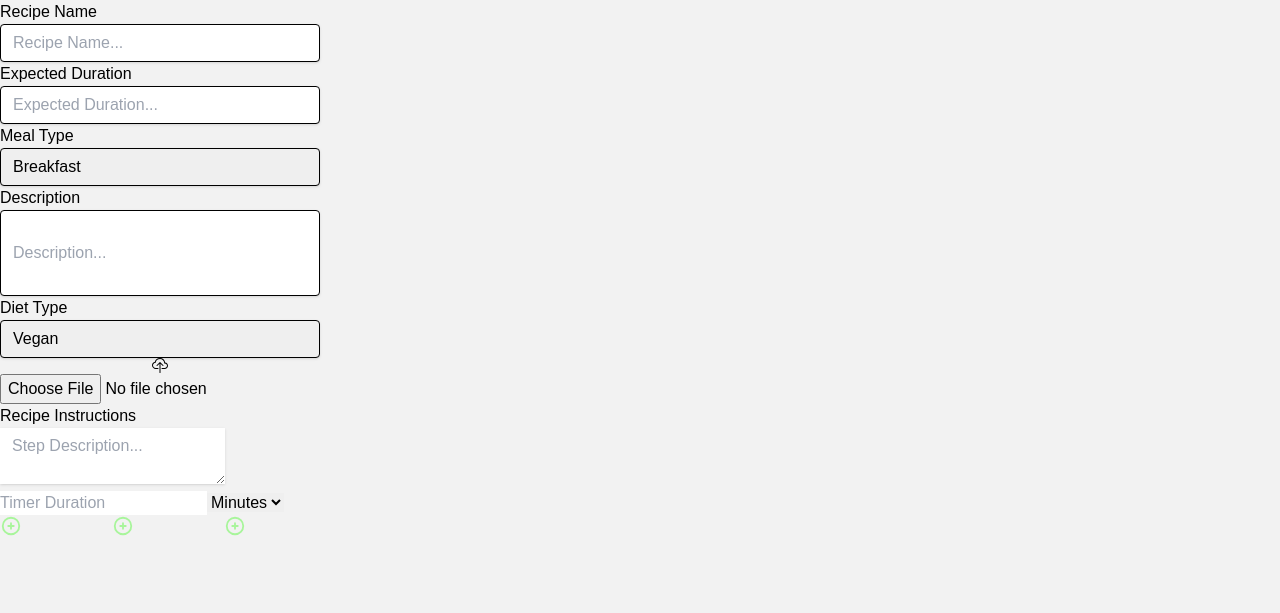
Repository: stvnsok/-capstone-project-3900-w18a-terraluna
Page: /new_recipe (app in frontend/)
These files come from the project's save history. The page is drawn as it stood at one moment and after the next save; the edit follows.
The browser window is 1280 px wide. The pictures show the whole page.
The project was rebuilt for these pictures with package versions that can differ from the ones it lists, and the page was loaded fresh each time. Also part of the build but not shown: frontend/src/services/auth.service.ts, frontend/src/api.ts, frontend/src/services/recipeContributor.service.ts, frontend/src/components/global/Modal.tsx, frontend/src/components/global/TextInput.tsx, frontend/src/components/Auth/helperFunctions.ts, frontend/src/components/Auth/ChangeEmailForm.tsx, frontend/src/components/Auth/ChangePasswordForm.tsx and 10 more.

Above is the page before, as saved 2022-07-19 22:14:09.

After the next save:
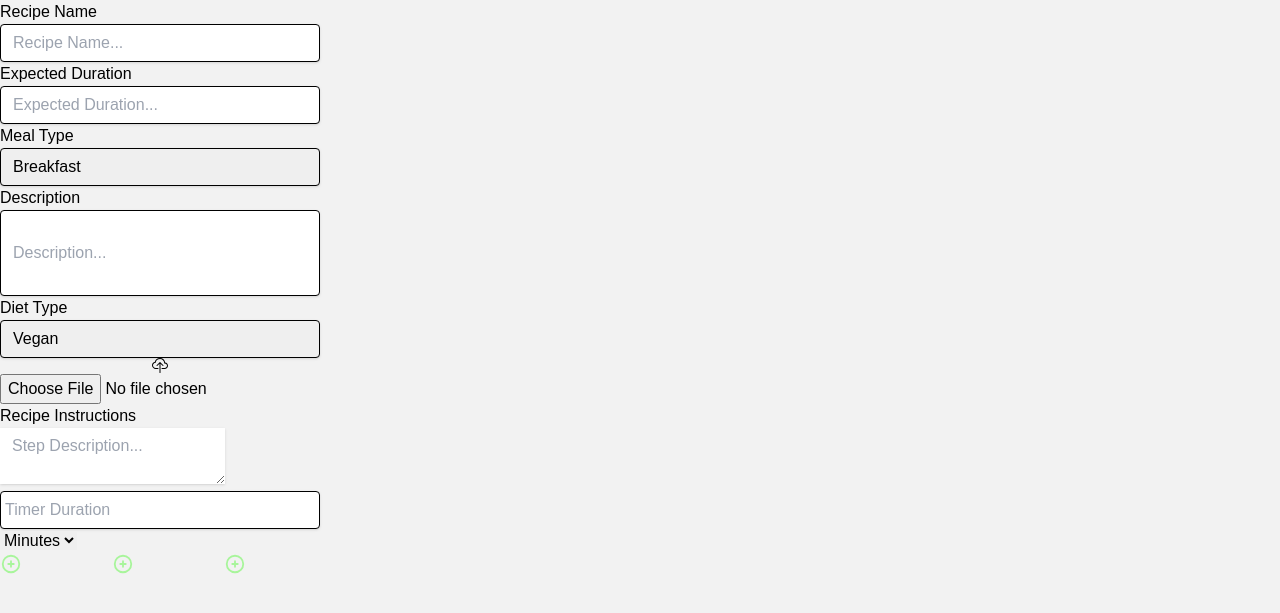
Saved 50 s later.
--- a/frontend/src/components/NewRecipe/CreateRecipeCard.tsx
+++ b/frontend/src/components/NewRecipe/CreateRecipeCard.tsx
@@ -138,6 +138,7 @@ export default function CreateRecipe () {
                     <input
                         {...register('timerDuration')}
                         placeholder = 'Timer Duration'
+                        className='shadow appearance-none border rounded w-full py-2 px-1 text-gray-700 leading-tight focus:outline-none focus:shadow-lg border-opacity-0'
                     />
                     <select
                         placeholder='Timer Units'
